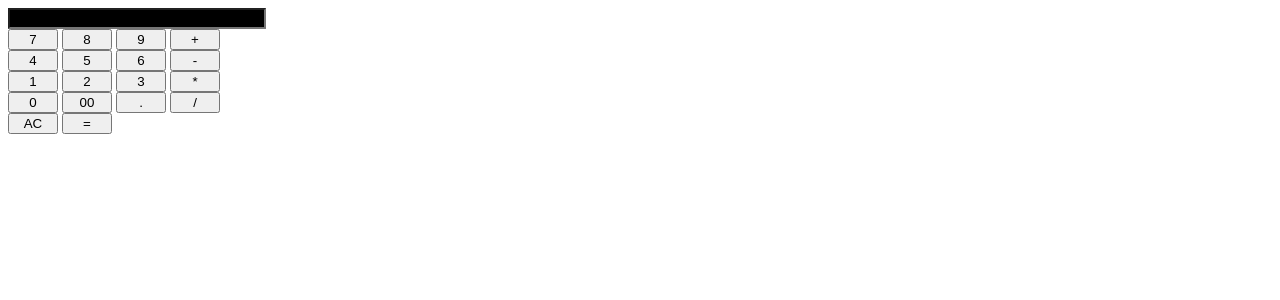
Repository: yamadayurika/rails
Page: Calculator/calculator.html
The author's editor kept a record of every edit. The page is drawn from the files as they stood at one moment, then again after the next edit.
The browser window is 1280 px wide. The pictures show the whole page.

Above is the page before.

### Calculator/calculator.html
<!DOCTYPE html>
<html>
<head>
  <meta charset="utf-8"/>
  <title>sample</title>
  <link rel="stylesheet" href="calculator.css">
</head>
<body>
  <input type="text" id="result">
  <div>
    <input type="button" value="7" onclick="edit(this)">
    <input type="button" value="8" onclick="edit(this)">
    <input type="button" value="9" onclick="edit(this)">
    <input type="button" value="+" onclick="edit(this)">
  </div>
  <div>
    <input type="button" value="4" onclick="edit(this)">
    <input type="button" value="5" onclick="edit(this)">
    <input type="button" value="6" onclick="edit(this)">
    <input type="button" value="-" onclick="edit(this)">
  </div>
  <div>
    <input type="button" value="1" onclick="edit(this)">
    <input type="button" value="2" onclick="edit(this)">
    <input type="button" value="3" onclick="edit(this)">
    <input type="button" value="*" onclick="edit(this)">
  </div>
  <div>
    <input type="button" value="0" onclick="edit(this)">
    <input type="button" value="00" onclick="edit(this)">
    <input type="button" value="." onclick="edit(this)">
    <input type="button" value="/" onclick="edit(this)">
  </div>
  <div>
    <input class="longkey" type="button" value="AC" onclick="clearAll()">
    <input class="longkey" type="button" value="=" onclick="calc()">
  </div>

  <script language="javascript" type="text/javascript">
    var result = document.getElementById("result");
    function edit(elem) {
      result.value = result.value + elem.value;
    }
    function calc() {
      result.value = new Function("return " + result.value)();
    }

    function clearAll() {
       var result = document.getElementById("result");
       result.value = '';
    }

  </script>
</body>
</html>

### Calculator/calculator.css
#result {
  width: 250px;
  background-color: black;
  color: white;
}

input {
  width: 50px;
}

.long {
  width: 210%;
}

After the next edit:
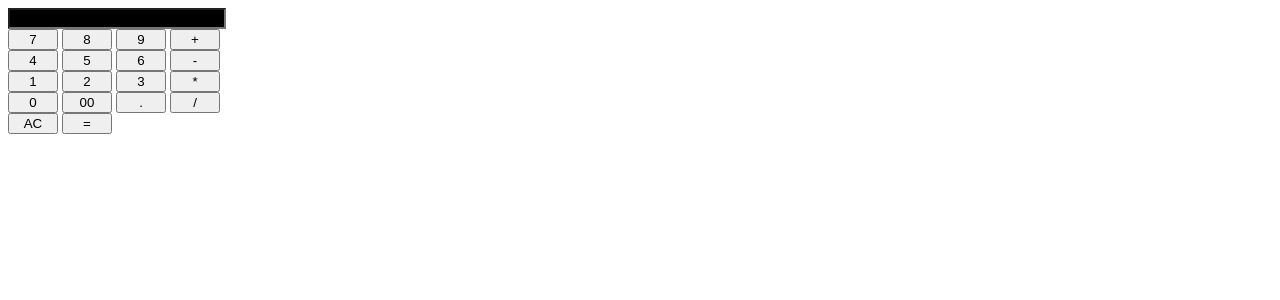
The edit:
--- a/Calculator/calculator.css
+++ b/Calculator/calculator.css
@@ -1,5 +1,5 @@
 #result {
-  width: 250px;
+  width: 210px;
   background-color: black;
   color: white;
 }
